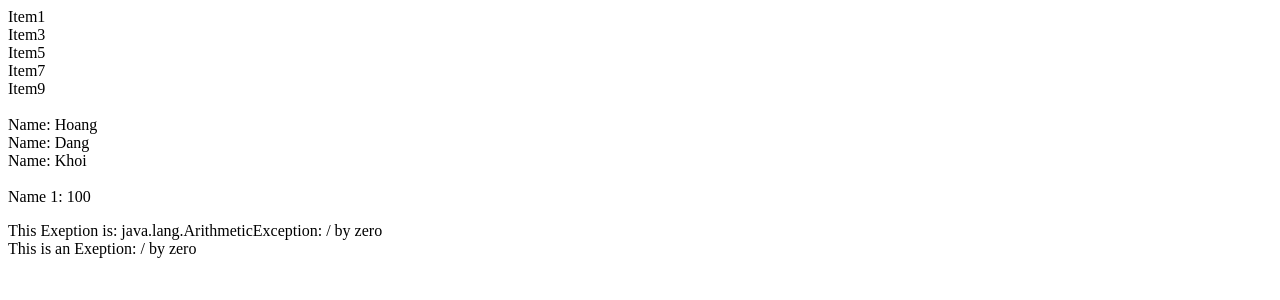
Repository: khoi140499/jsp
Page: http://localhost/JSP_EX2/
The author's editor kept a copy of each file at every save. The page is drawn from the files as they stood at one save, then again after the next save.
The browser window is 1280 px wide. The pictures show the whole page.
The page is served by Tomcat 9.

Above is the page before, as saved 2020-03-02 13:50:59.

### JSP_EX2/WebContent/index.jsp
<%@ page language="java" contentType="text/html; charset=utf-8"
    pageEncoding="utf-8"%>
<%@ taglib prefix = "c" uri = "http://java.sun.com/jsp/jstl/core" %>
<!DOCTYPE html PUBLIC "-//W3C//DTD HTML 4.01 Transitional//EN" "http://www.w3.org/TR/html4/loose.dtd">
<html>
<head>
<meta http-equiv="Content-Type" content="text/html; charset=utf-8">
<title>Insert title here</title>
</head>
<body>
	<c:forEach var="i" begin="1" end="10" step="2">
		Item<c:out value="${i}">
		</c:out><br>
	</c:forEach><br>
	<c:forTokens items="Hoang,Dang,Khoi" delims="," var="name">
		Name: <c:out value="${name}"></c:out><br>
	</c:forTokens><br>
	<c:set var="name" scope="session" value="${100}"/>
		Name 1: <c:out value="${name}"/>
	<c:catch var="catchExeption">
			<% int i=5/0; %>
	</c:catch>
	<c:if test="${catchExeption != null}" >
	    	<p> This Exeption is: ${catchExeption}<br>
	    	This is an Exeption: ${catchExeption.message}</p>
 </c:if>
</body>
</html>

After the next save:
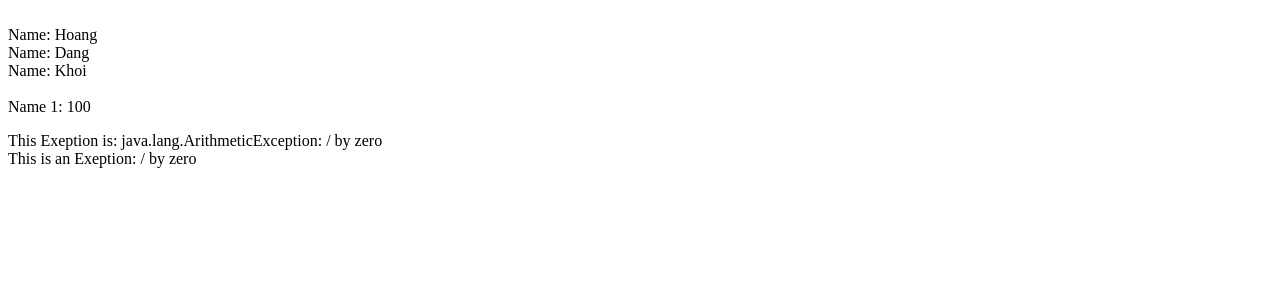
Saved 65 s later.
--- a/JSP_EX2/WebContent/index.jsp
+++ b/JSP_EX2/WebContent/index.jsp
@@ -8,7 +8,7 @@
 <title>Insert title here</title>
 </head>
 <body>
-	<c:forEach var="i" begin="1" end="10" step="2">
+	<c:forEach var="i" begin="10" end="1" step="2">
 		Item<c:out value="${i}">
 		</c:out><br>
 	</c:forEach><br>
